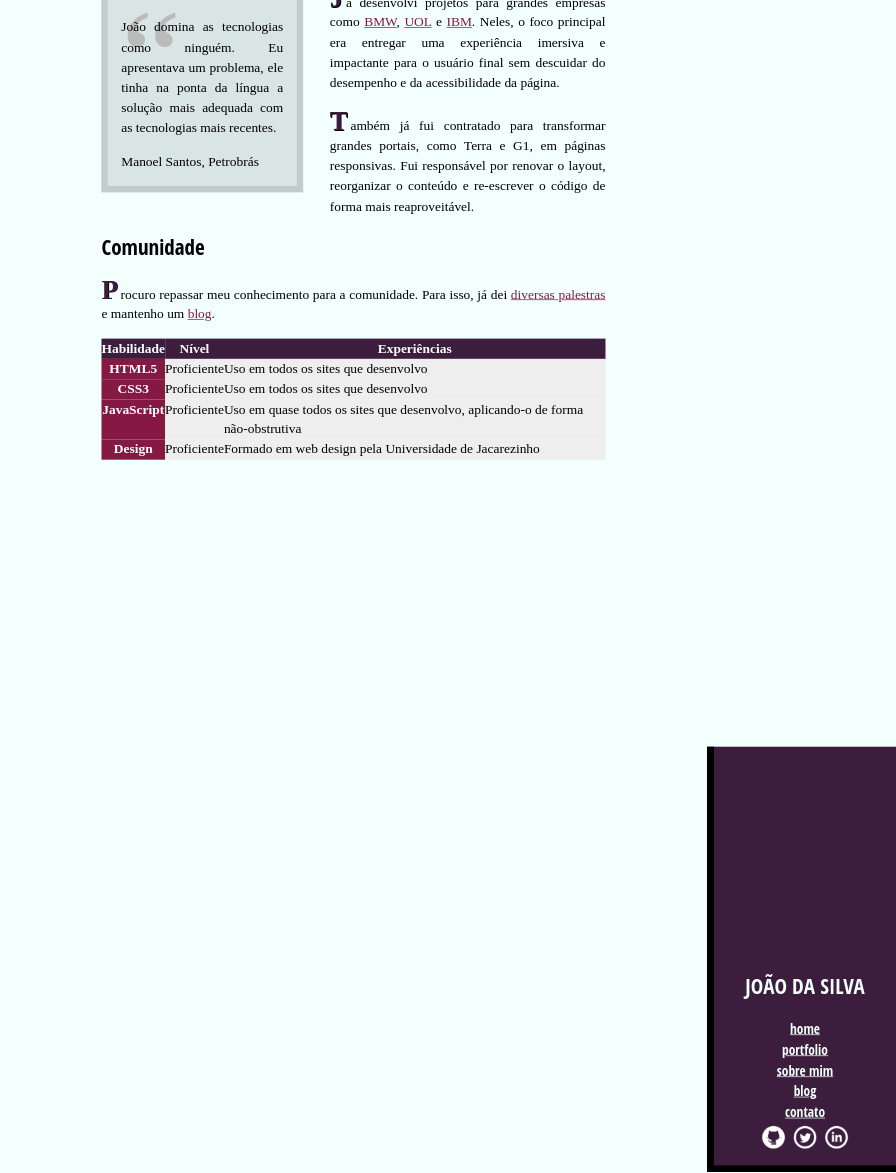
Repository: MichelMiola/html5Css3Avancado
Page: projeto/bio.html
The author's editor kept a copy of each file at every save. The page is drawn from the files as they stood at one save, then again after the next save.
The browser window is 1280 px wide. The pictures show the part of the page from y = 894 to 2814 px (the page is 2569 px tall before and 2814 px after), at 70% of full size.
Some web fonts or font styles are not loaded; a fallback is used.

Above is the page before, as saved 2015-03-25 15:42:32.

After the next save:
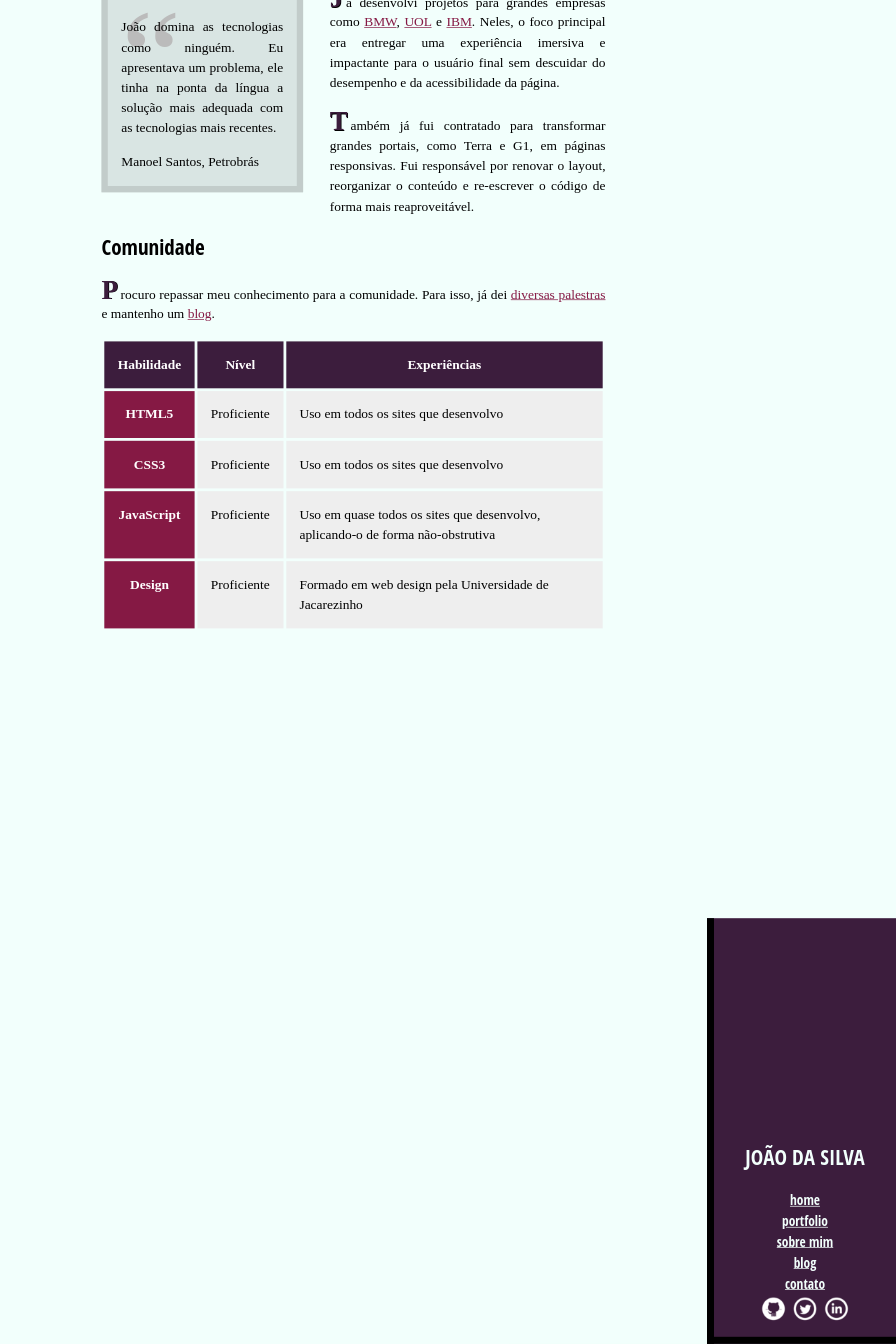
Saved 19 s later.
--- a/projeto/css/bio.css
+++ b/projeto/css/bio.css
@@ -72,3 +72,12 @@ blockquote:nth-of-type(odd) {
 .habilidades td {
   background-color: #eee;
 }
+
+.habilidades th,
+.habilidades td {
+  padding: 1em;
+}
+.habilidades {
+  border-collapse: separate;
+  border-spacing: .25em;
+}
